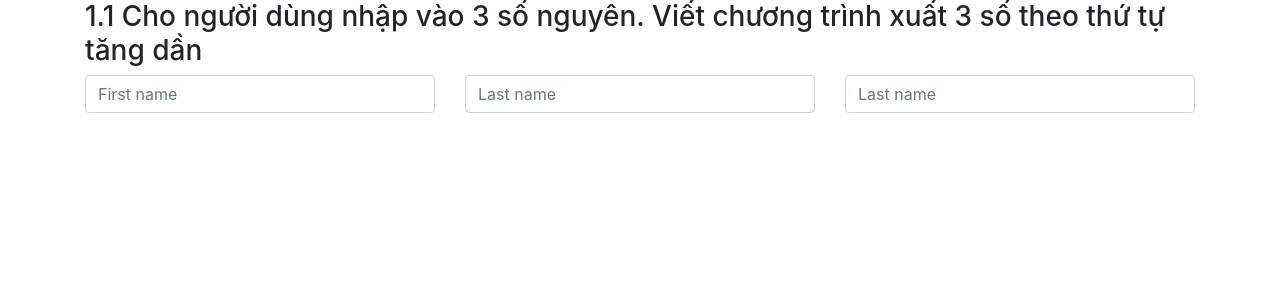
Repository: baobaodeveloper/bootscamp21__jsbasic__HuynhAnhBao
Page: index.html
An editor plug-in stored every save of this project. The page is shown before and after the next save, followed by the edit.
The browser window is 1280 px wide. The pictures show the whole page.

Above is the page before, as saved 2022-03-09 23:01:22.

### index.html
<!DOCTYPE html>
<html lang="en">
  <head>
    <title>javaScript basic</title>
    <!-- Required meta tags -->
    <meta charset="utf-8" />
    <meta
      name="viewport"
      content="width=device-width, initial-scale=1, shrink-to-fit=no"
    />

    <!-- Bootstrap CSS -->
    <link
      rel="stylesheet"
      href="https://stackpath.bootstrapcdn.com/bootstrap/4.3.1/css/bootstrap.min.css"
      integrity="sha384-ggOyR0iXCbMQv3Xipma34MD+dH/1fQ784/j6cY/iJTQUOhcWr7x9JvoRxT2MZw1T"
      crossorigin="anonymous"
    />
  </head>
  <body>
    <div class="container">
      <h3>
        1.1 Cho người dùng nhập vào 3 số nguyên. Viết chương trình xuất 3 số
        theo thứ tự tăng dần
      </h3>

      <div class="row">
        <div class="col">
          <input type="number" class="form-control" placeholder="First name" />
        </div>
        <div class="col">
          <input type="number" class="form-control" placeholder="Last name" />
        </div>

        <div class="col">
          <input type="number" class="form-control" placeholder="Last name" />
        </div>
      </div>
    </div>
    <!-- Optional JavaScript -->
    <!-- jQuery first, then Popper.js, then Bootstrap JS -->
    <script
      src="https://code.jquery.com/jquery-3.3.1.slim.min.js"
      integrity="sha384-q8i/X+965DzO0rT7abK41JStQIAqVgRVzpbzo5smXKp4YfRvH+8abtTE1Pi6jizo"
      crossorigin="anonymous"
    ></script>
    <script
      src="https://cdnjs.cloudflare.com/ajax/libs/popper.js/1.14.7/umd/popper.min.js"
      integrity="sha384-UO2eT0CpHqdSJQ6hJty5KVphtPhzWj9WO1clHTMGa3JDZwrnQq4sF86dIHNDz0W1"
      crossorigin="anonymous"
    ></script>
    <script
      src="https://stackpath.bootstrapcdn.com/bootstrap/4.3.1/js/bootstrap.min.js"
      integrity="sha384-JjSmVgyd0p3pXB1rRibZUAYoIIy6OrQ6VrjIEaFf/nJGzIxFDsf4x0xIM+B07jRM"
      crossorigin="anonymous"
    ></script>
  </body>
</html>

After the next save:
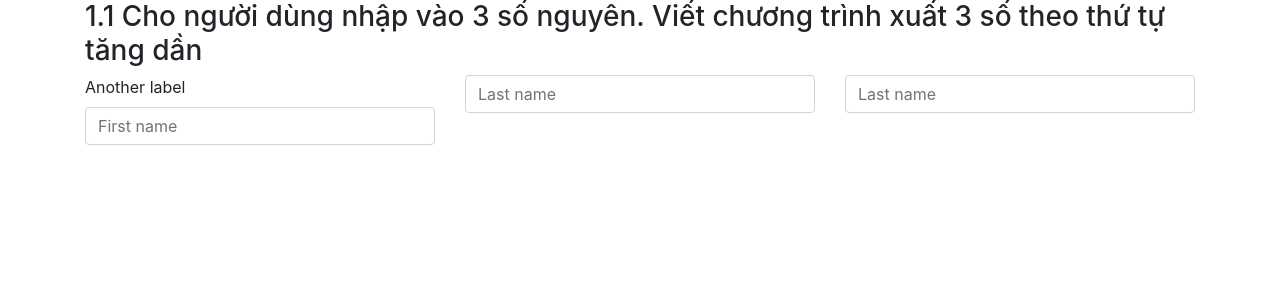
Saved 60 s later.
--- a/index.html
+++ b/index.html
@@ -26,6 +26,9 @@
 
       <div class="row">
         <div class="col">
+          <label for="formGroupExampleInput2" class="form-label"
+            >Another label</label
+          >
           <input type="number" class="form-control" placeholder="First name" />
         </div>
         <div class="col">
